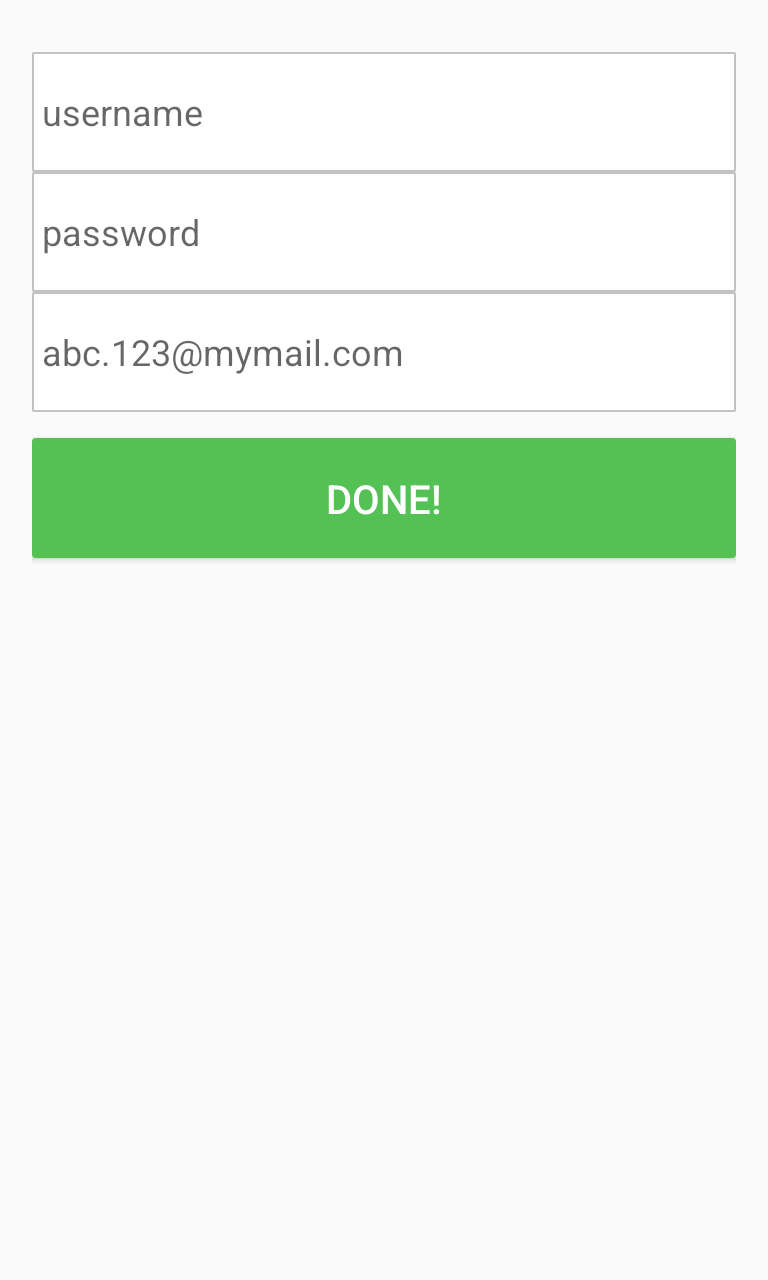
Repository: israelhill/Noteworthy
Layout: Noteworthy/res/layout/fragment_sign_up.xml
The author's editor kept a copy of each file at every save. The layout is drawn from the files as they stood at one save, then again after the next save.
It is drawn on a 768 x 1280 px phone screen (xhdpi) without system bars, with theme AppTheme; the app's code is not run.

Above is the layout before, as saved 2014-09-06 11:06:41.

After the next save:
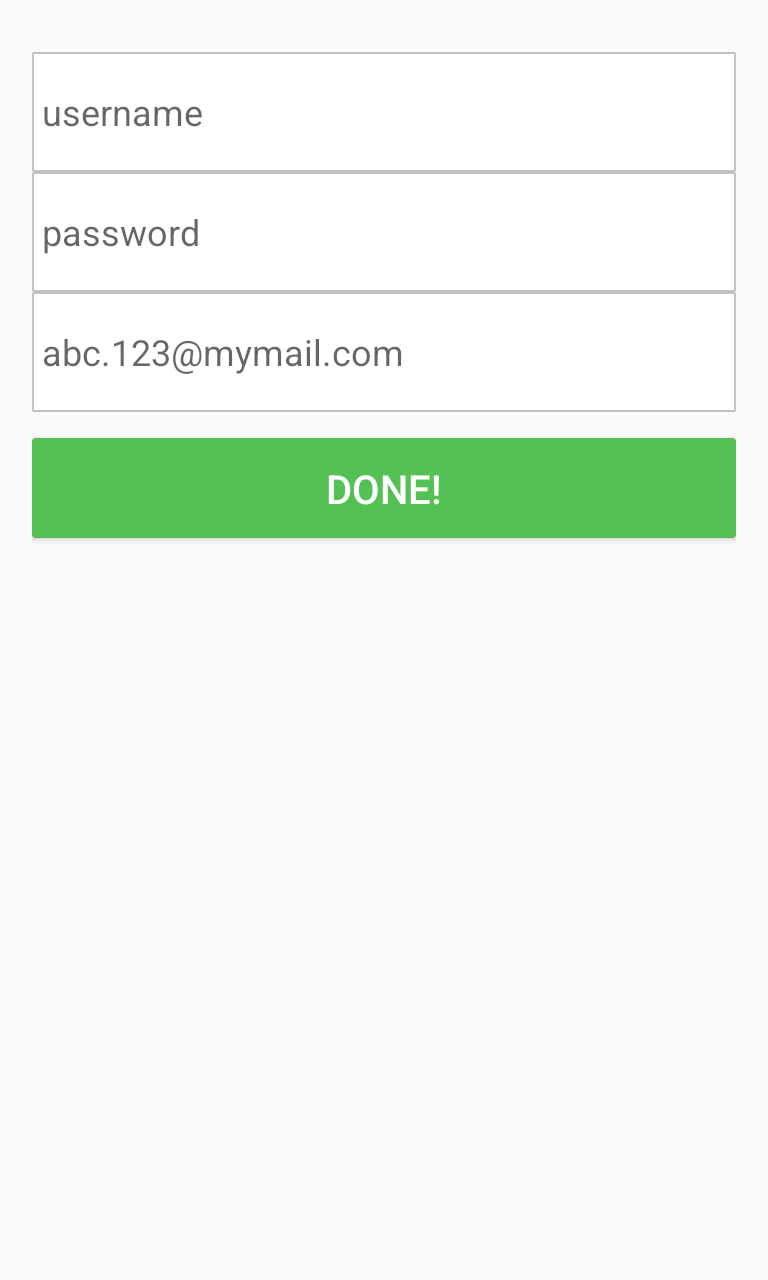
Saved 39 s later.
--- a/Noteworthy/res/layout/fragment_sign_up.xml
+++ b/Noteworthy/res/layout/fragment_sign_up.xml
@@ -42,7 +42,7 @@
 <Button
     android:id="@+id/done_button"
     android:layout_width="match_parent"
-    android:layout_height="60dp"
+    android:layout_height="50dp"
     android:background="@drawable/done_button"
     android:text="@string/done"
     android:textSize="20sp"
